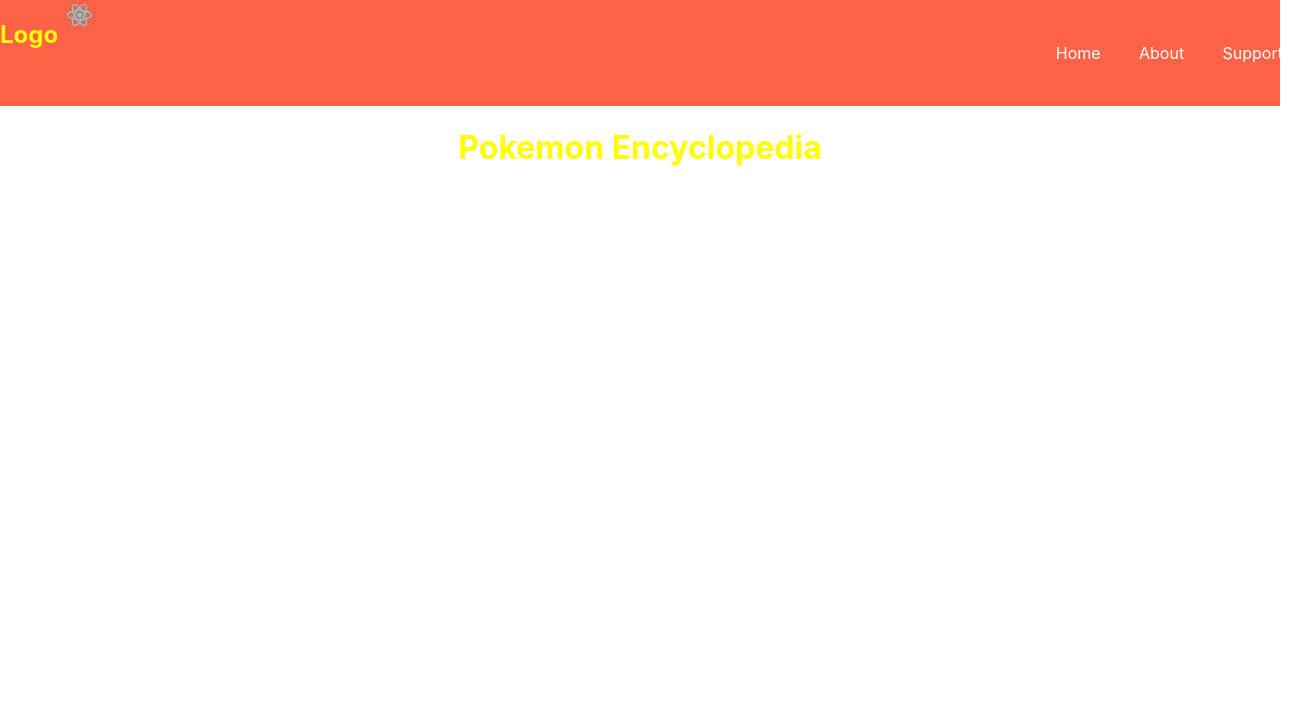
Repository: Gibberlin/pokedex
Page: /
The author's editor kept a copy of each file at every save. The page is drawn from the files as they stood at one save, then again after the next save.
The browser window is 1280 px wide. The page is 1302 px wide, so the pictures cover 1302 px, including what lies to the right of the window. The pictures show the whole page.
The project was rebuilt for these pictures with package versions that can differ from the ones it lists, and the page was loaded fresh each time.

Above is the page before, as saved 2021-09-28 22:47:48.

### src/App.js
import logo from './logo.svg';
import Nav from "./components/Nav"
import './App.css';

function App() {
  return (
    <div>
    <Nav />
    <h1>Pokemon Encyclopedia</h1>

    </div>
  );
}

export default App;

### src/components/Nav.js
import React from 'react'
import logo from "../logo.svg";
import "../App.css";
const Nav = () => {
    return (
        <nav>
        <h1>Logo</h1>
            <img src={logo} alt="Poke" height="30px"/>

            <ul>
                <li>Home</li>
                <li>About</li>
                <li>Support</li>
            </ul>
        </nav>
    )
}

export default Nav

### src/App.css
ul {
  margin-left: 70%;
  list-style-type: none;
  display: flex;
}
li {
  margin: 0.2rem;
  padding: 1.5rem 1rem 1.5rem 1rem;
  cursor: pointer;
  border-radius: 5px;
}
nav {
  display: flex;
  background: tomato;
  color: #fff;
}
li:hover {
  color: #18f;
  background-color: #fff;
}
h1 {
  text-align: center;
  stroke: #18f;
  color: yellow;
  background-color: linear-gradient(45 deg, red, blue);
}

Loaded but not shown: public/index.html (common file); src/index.js (common file); src/index.css (common file)

After the next save:
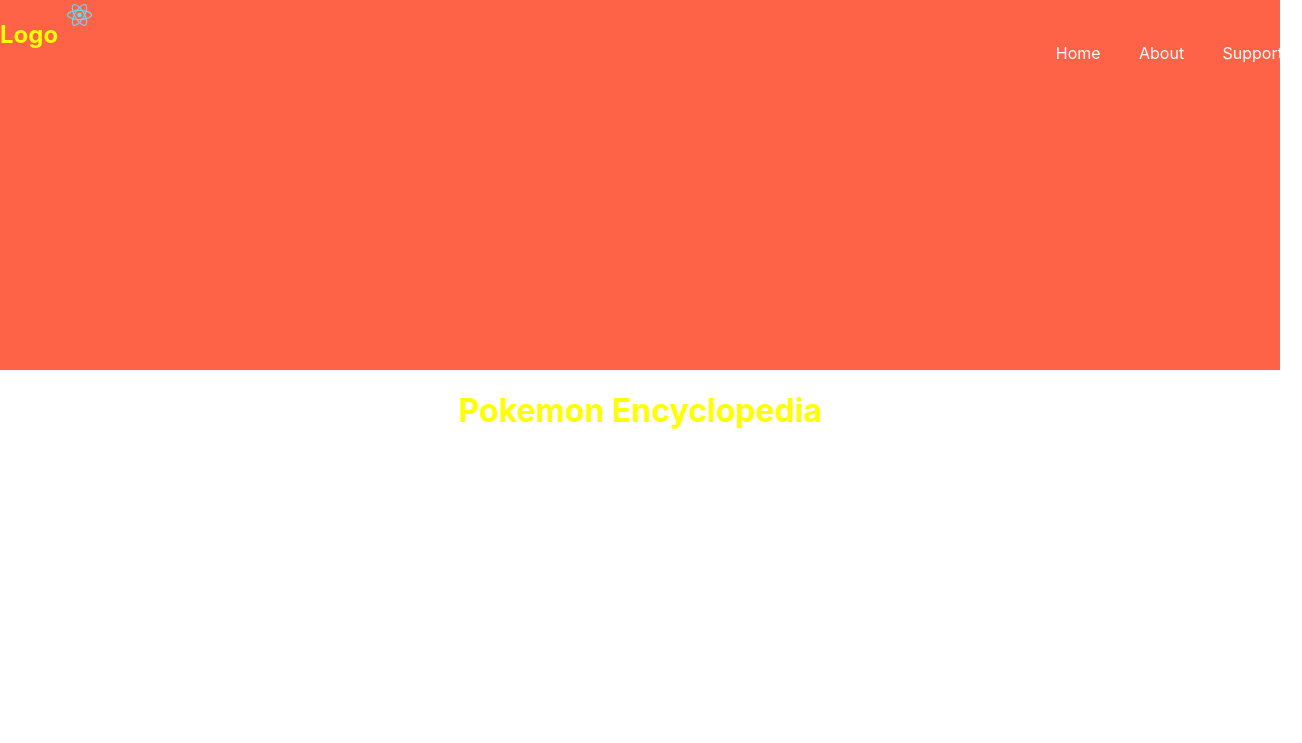
Saved 14 min 39 s later.
--- a/src/App.css
+++ b/src/App.css
@@ -20,7 +20,7 @@
 }
 h1 {
   text-align: center;
-  stroke: #18f;
+  height: 330px;
   color: yellow;
   background-color: linear-gradient(45 deg, red, blue);
 }
